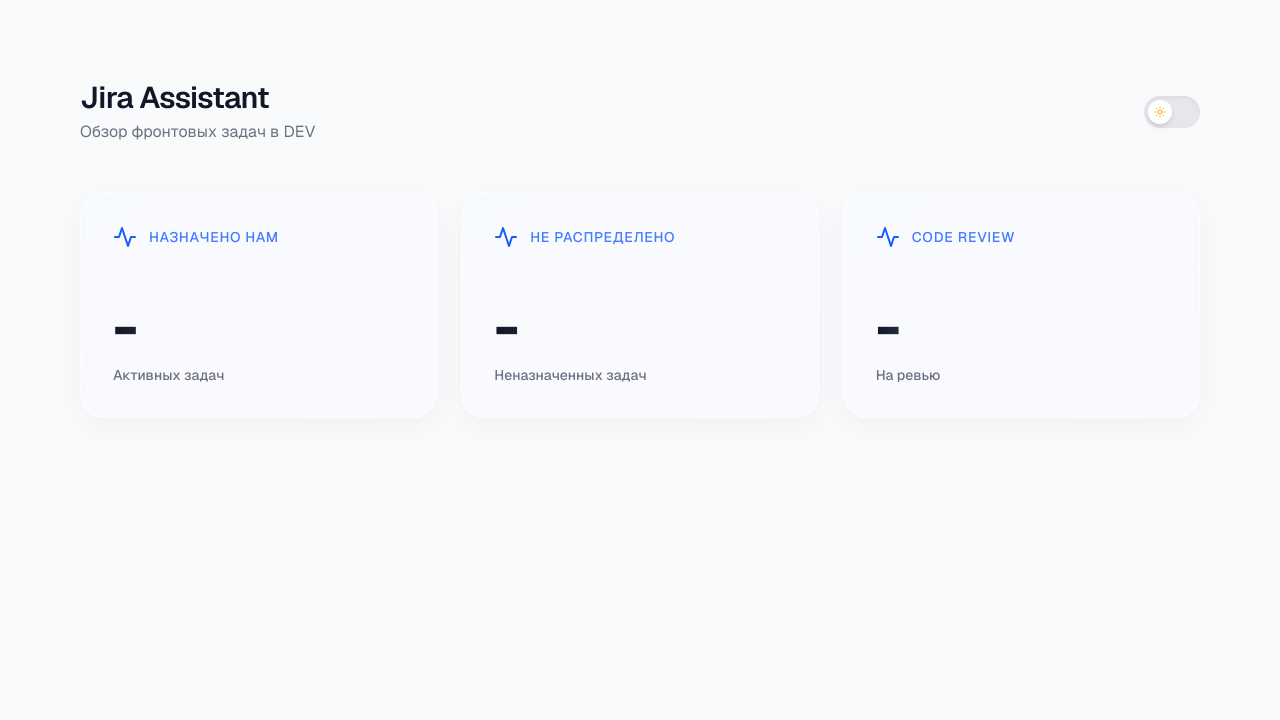
Repository: iposho/jira-ai-companion
Page: /
The author's editor kept a copy of each file at every save. The page is drawn from the files as they stood at one save, then again after the next save.
The browser window is 1280 px wide. The pictures show the whole page.
The page's requests for data from a server got no answer. The project was rebuilt for these pictures with package versions that can differ from the ones it lists, and the page was loaded fresh each time. The framework's server and built-in components were replaced by stand-ins that run in the browser. No one was signed in, and anything a server would have sent is missing. Also part of the build but not shown: next.config.ts.

Above is the page before, as saved 2026-01-04 05:27:30.

### src/app/layout.tsx
import type { Metadata } from "next";
import { Geist, Geist_Mono } from "next/font/google";
import "./globals.css";
import { ThemeProvider } from "@/shared/providers/theme-provider";

const geistSans = Geist({
  variable: "--font-geist-sans",
  subsets: ["latin"],
});

const geistMono = Geist_Mono({
  variable: "--font-geist-mono",
  subsets: ["latin"],
});

export const metadata: Metadata = {
  title: "Jira Assistant",
  description: "Обзор фронтовых задач в DEV",
};

export default function RootLayout({
  children,
}: Readonly<{
  children: React.ReactNode;
}>) {
  return (
    <html lang="ru" suppressHydrationWarning>
      <body
        className={`${geistSans.variable} ${geistMono.variable} antialiased min-h-screen bg-gray-50 dark:bg-gray-900 transition-colors duration-300`}
      >
        <ThemeProvider
          attribute="class"
          defaultTheme="system"
          enableSystem
          disableTransitionOnChange
        >
          {children}
        </ThemeProvider>
      </body>
    </html>
  );
}

### src/app/page.tsx
import { DashboardHeader } from "@/widgets/dashboard/ui/dashboard-header";
import { StatTile } from "@/widgets/dashboard/ui/stat-tile";

async function getStats() {
  try {
    const baseUrl = process.env.URL || 'http://localhost:3000';
    const res = await fetch(`${baseUrl}/api/stats`, {
      cache: 'no-store',
    });
    if (!res.ok) return { count: 0, error: true };
    return res.json();
  } catch (e) {
    return { count: 0, error: true };
  }
}

export default async function Home() {
  const stats = await getStats();

  return (
    <div className="min-h-screen p-8 sm:p-20 font-[family-name:var(--font-geist-sans)] bg-gray-50 dark:bg-gray-900 transition-colors duration-300">
      <DashboardHeader />

      <main className="grid grid-cols-1 md:grid-cols-2 lg:grid-cols-3 gap-6">
        <StatTile
          count={stats.activeCount || 0}
          error={stats.error}
          label={['Активная задача', 'Активные задачи', 'Активных задач']}
          href={stats.activeUrl}
        />
        <StatTile
          count={stats.unassignedCount || 0}
          error={stats.error}
          label={['Неназначенная задача', 'Неназначенные задачи', 'Неназначенных задач']}
          href={stats.unassignedUrl}
        />
        <StatTile
          count={stats.reviewCount || 0}
          error={stats.error}
          label={['На ревью', 'На ревью', 'На ревью']}
          href={stats.reviewUrl}
        />
      </main>
    </div>
  );
}

### src/app/globals.css
@import "tailwindcss";

/*
  Enable class-based dark mode for Tailwind v4.
  This overrides the default media-based dark variant.
*/
@variant dark (&:where(.dark, .dark *));

:root {
  --background: #ffffff;
  --foreground: #171717;
}

@theme inline {
  --color-background: var(--background);
  --color-foreground: var(--foreground);
  --font-sans: var(--font-geist-sans);
  --font-mono: var(--font-geist-mono);
}

.dark {
  --background: #0a0a0a;
  --foreground: #ededed;
}

body {
  background: var(--background);
  color: var(--foreground);
  font-family: Arial, Helvetica, sans-serif;
}

### src/widgets/dashboard/ui/dashboard-header.tsx
import { ThemeToggle } from "@/features/theme/ui/theme-toggle";

export function DashboardHeader() {
    return (
        <header className="flex justify-between items-center mb-12">
            <div>
                <h1 className="text-3xl font-semibold text-gray-900 dark:text-white tracking-tight">
                    Jira Assistant
                </h1>
                <p className="text-gray-500 dark:text-gray-400 mt-1">
                    Обзор фронтовых задач в DEV
                </p>
            </div>
            <ThemeToggle />
        </header>
    );
}

### src/widgets/dashboard/ui/stat-tile.tsx
import { pluralize } from "@/shared/lib/utils";

interface StatTileProps {
    count: number;
    label: [string, string, string];
    error?: boolean;
    href?: string;
}

export function StatTile({ count, label, error, href }: StatTileProps) {
    const content = (
        <div className={`relative overflow-hidden rounded-3xl p-8
      bg-white/70 dark:bg-black/40
      backdrop-blur-xl border border-white/20 dark:border-white/10
      shadow-[0_8px_30px_rgb(0,0,0,0.04)] dark:shadow-[0_8px_30px_rgb(0,0,0,0.1)]
      transition-all duration-300 hover:scale-[1.02] active:scale-[0.98]
      ${href ? 'group cursor-pointer' : ''}
    `}>
            <div className="absolute inset-0 bg-gradient-to-br from-blue-500/5 to-purple-500/5 dark:from-blue-500/10 dark:to-purple-500/10 opacity-50" />

            <div className="relative z-10 flex flex-col items-start h-full justify-between min-h-[160px]">
                <div className="flex items-center space-x-3 text-blue-600 dark:text-blue-400 mb-4 transition-colors group-hover:text-blue-500">
                    <svg xmlns="http://www.w3.org/2000/svg" width="24" height="24" viewBox="0 0 24 24" fill="none" stroke="currentColor" strokeWidth="2" strokeLinecap="round" strokeLinejoin="round" className="lucide lucide-activity"><path d="M22 12h-4l-3 9L9 3l-3 9H2" /></svg>
                    <span className="font-medium text-sm uppercase tracking-wider opacity-80">
                        {label[1] === 'Неназначенные задачи'
                            ? 'Не распределено'
                            : label[1] === 'На ревью'
                                ? 'Code Review'
                                : 'Назначено нам'}
                    </span>
                </div>

                <div className="mt-auto">
                    <div className="text-6xl font-bold bg-clip-text text-transparent bg-gradient-to-r from-gray-900 to-gray-600 dark:from-white dark:to-gray-400">
                        {error ? "-" : count}
                    </div>
                    <p className="text-sm text-gray-500 dark:text-gray-400 mt-2 font-medium">
                        {pluralize(count, label)}
                    </p>
                </div>
            </div>
        </div>
    );

    if (href) {
        return (
            <a href={href} target="_blank" rel="noopener noreferrer" className="block">
                {content}
            </a>
        );
    }

    return content;
}

### src/features/theme/ui/theme-toggle.tsx
"use client"

import * as React from "react"
import { Moon, Sun } from "lucide-react"
import { useTheme } from "next-themes"
import { cn } from "@/shared/lib/utils"

export function ThemeToggle() {
    const { setTheme, theme } = useTheme()

    return (
        <button
            onClick={() => setTheme(theme === "light" ? "dark" : "light")}
            className={cn(
                "relative flex h-8 w-14 items-center rounded-full p-1 transition-colors duration-300",
                "bg-gray-200 dark:bg-gray-700 shadow-inner"
            )}
            aria-label="Toggle theme"
        >
            <div
                className={cn(
                    "absolute h-6 w-6 rounded-full bg-white shadow-md transition-transform duration-300 flex items-center justify-center",
                    theme === "dark" ? "translate-x-6" : "translate-x-0"
                )}
            >
                {theme === "dark" ? (
                    <Moon className="h-3 w-3 text-gray-800" />
                ) : (
                    <Sun className="h-3 w-3 text-yellow-500" />
                )}
            </div>
        </button>
    )
}

### src/shared/lib/utils.ts
import { type ClassValue, clsx } from "clsx";
import { twMerge } from "tailwind-merge";

export function cn(...inputs: ClassValue[]) {
    return twMerge(clsx(inputs));
}

export function pluralize(count: number, words: [string, string, string]): string {
    const cases = [2, 0, 1, 1, 1, 2];
    const index =
        count % 100 > 4 && count % 100 < 20
            ? 2
            : cases[count % 10 < 5 ? count % 10 : 5];
    return words[index];
}

### src/widgets/app-shell/ui/app-shell.tsx
'use client';

import { usePathname } from 'next/navigation';
import { Sidebar } from '@/widgets/sidebar/ui/sidebar';

export function AppShell({ children }: { children: React.ReactNode }) {
    const pathname = usePathname();
    const isLoginPage = pathname === '/login';

    if (isLoginPage) {
        return <>{children}</>;
    }

    return (
        <div className="flex min-h-screen">
            <Sidebar />
            <main className="flex-1 ml-64 p-8 sm:p-12">
                {children}
            </main>
        </div>
    );
}

### src/widgets/sidebar/ui/sidebar.tsx
'use client';

import Link from 'next/link';
import { usePathname } from 'next/navigation';
import { ThemeToggle } from '@/features/theme/ui/theme-toggle';

const navItems = [
    { href: '/', label: 'Дашборд', icon: '📊' },
    { href: '/reports', label: 'Генерация', icon: '📝' },
    { href: '/reports/history', label: 'История', icon: '📋' },
];

export function Sidebar() {
    const pathname = usePathname();

    return (
        <aside className="fixed left-0 top-0 h-screen w-64 bg-white/70 dark:bg-black/40 backdrop-blur-xl border-r border-white/20 dark:border-white/10 p-6 flex flex-col z-50">
            <div className="mb-8">
                <h1 className="text-xl font-bold text-gray-900 dark:text-white">
                    Jira AI
                </h1>
                <p className="text-xs text-gray-500 dark:text-gray-400 mt-1">
                    Companion
                </p>
            </div>

            <nav className="flex-1 space-y-2">
                {navItems.map((item) => {
                    const isActive = pathname === item.href ||
                        (item.href !== '/' && pathname.startsWith(item.href));

                    return (
                        <Link
                            key={item.href}
                            href={item.href}
                            className={`flex items-center gap-3 px-4 py-3 rounded-xl transition-all duration-200 ${isActive
                                    ? 'bg-blue-500/10 text-blue-600 dark:text-blue-400 font-medium'
                                    : 'text-gray-600 dark:text-gray-400 hover:bg-gray-100 dark:hover:bg-white/5'
                                }`}
                        >
                            <span className="text-lg">{item.icon}</span>
                            <span>{item.label}</span>
                        </Link>
                    );
                })}
            </nav>

            <div className="pt-4 border-t border-gray-200 dark:border-gray-700">
                <div className="flex items-center justify-between">
                    <span className="text-sm text-gray-500 dark:text-gray-400">Тема</span>
                    <ThemeToggle />
                </div>
            </div>
        </aside>
    );
}

Loaded but not shown: src/shared/providers/theme-provider.tsx (common file)

After the next save:
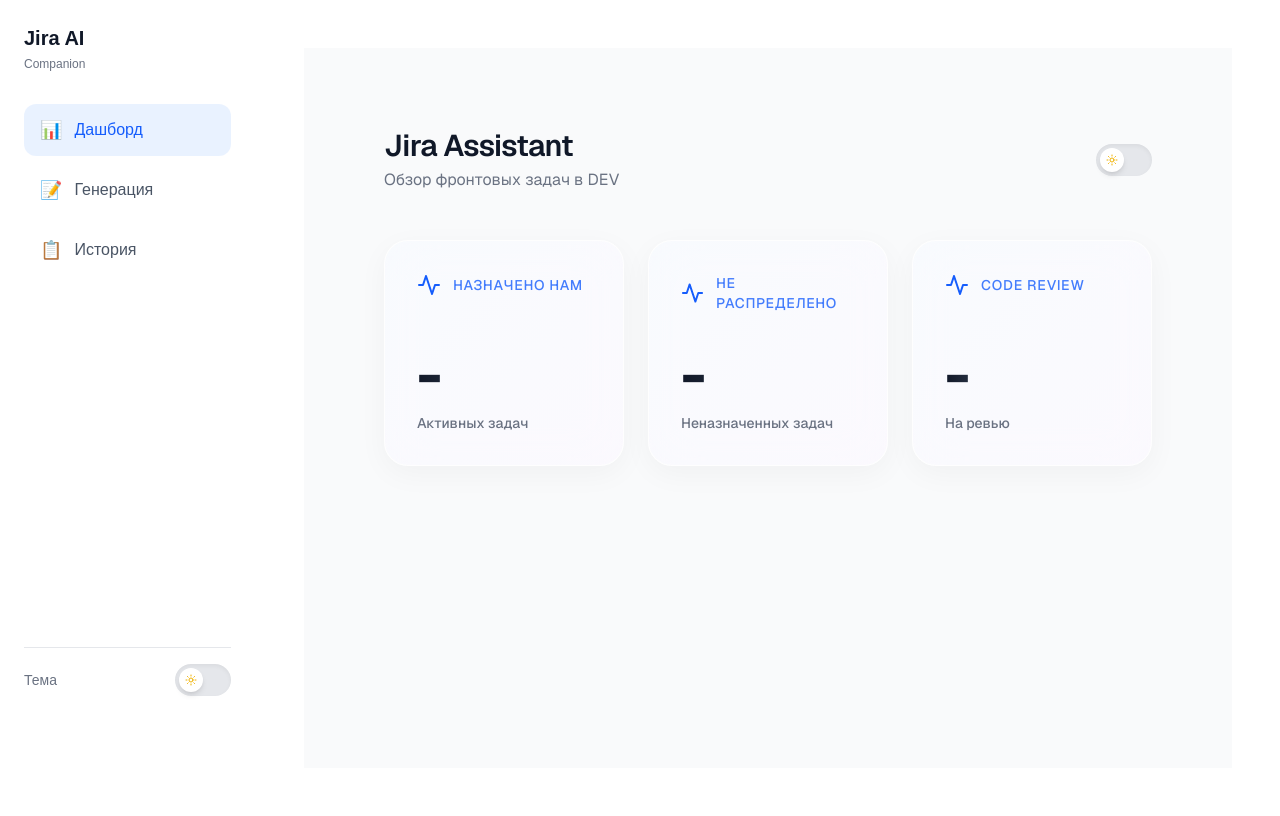
Saved 2 s later.
--- a/src/app/layout.tsx
+++ b/src/app/layout.tsx
@@ -2,6 +2,7 @@
 import { Geist, Geist_Mono } from "next/font/google";
 import "./globals.css";
 import { ThemeProvider } from "@/shared/providers/theme-provider";
+import { AppShell } from "@/widgets/app-shell/ui/app-shell";
 
 const geistSans = Geist({
   variable: "--font-geist-sans",
@@ -14,7 +15,7 @@
 });
 
 export const metadata: Metadata = {
-  title: "Jira Assistant",
+  title: "Jira AI Companion",
   description: "Обзор фронтовых задач в DEV",
 };
 
@@ -34,7 +35,7 @@
           enableSystem
           disableTransitionOnChange
         >
-          {children}
+          <AppShell>{children}</AppShell>
         </ThemeProvider>
       </body>
     </html>
